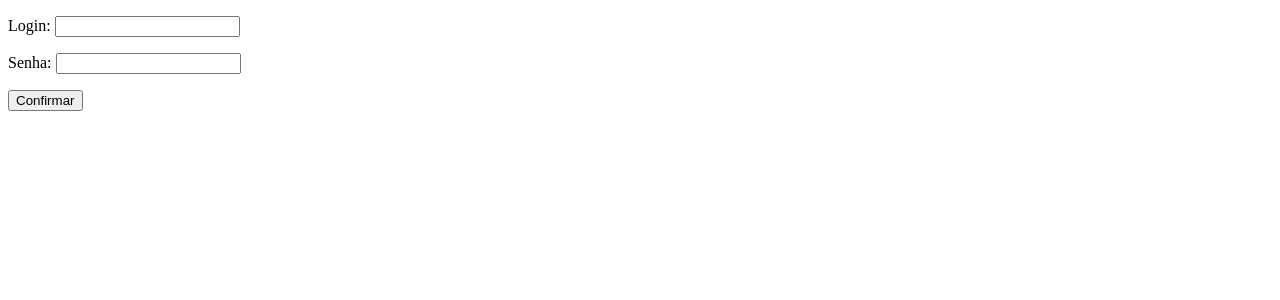
Repository: SullyvanMoura/Arquitetura-de-Software-2022.2
Page: primeiros_testes_web/primeiroprojeto/src/main/webapp/login.html
The author's editor kept a copy of each file at every save. The page is drawn from the files as they stood at one save, then again after the next save.
The browser window is 1280 px wide. The pictures show the whole page.

Above is the page before, as saved 2022-11-18 15:45:05.

### primeiros_testes_web/primeiroprojeto/src/main/webapp/login.html
<!DOCTYPE html>
<html>
<head>
<meta charset="ISO-8859-1">
<title>Login</title>
</head>
<body>

<form action="./welcome.html" method= 'get'>

	<p> Login: <input type="text" name="login"> </p>
	<p> Senha: <input type='password' name='senha'> </p>

	<input type='submit' value='Confirmar'>

</form>

</body>
</html>

After the next save:
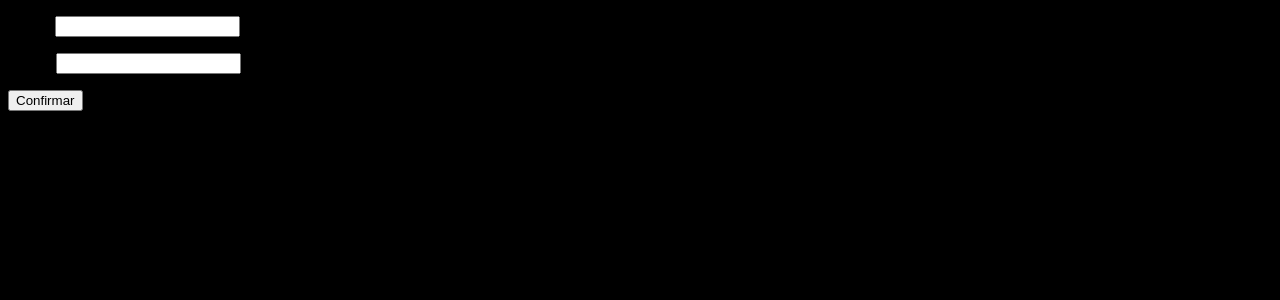
Saved 89 s later.
--- a/primeiros_testes_web/primeiroprojeto/src/main/webapp/login.html
+++ b/primeiros_testes_web/primeiroprojeto/src/main/webapp/login.html
@@ -4,7 +4,7 @@
 <meta charset="ISO-8859-1">
 <title>Login</title>
 </head>
-<body>
+<body style='background-color: black;'>
 
 <form action="./welcome.html" method= 'get'>
 
